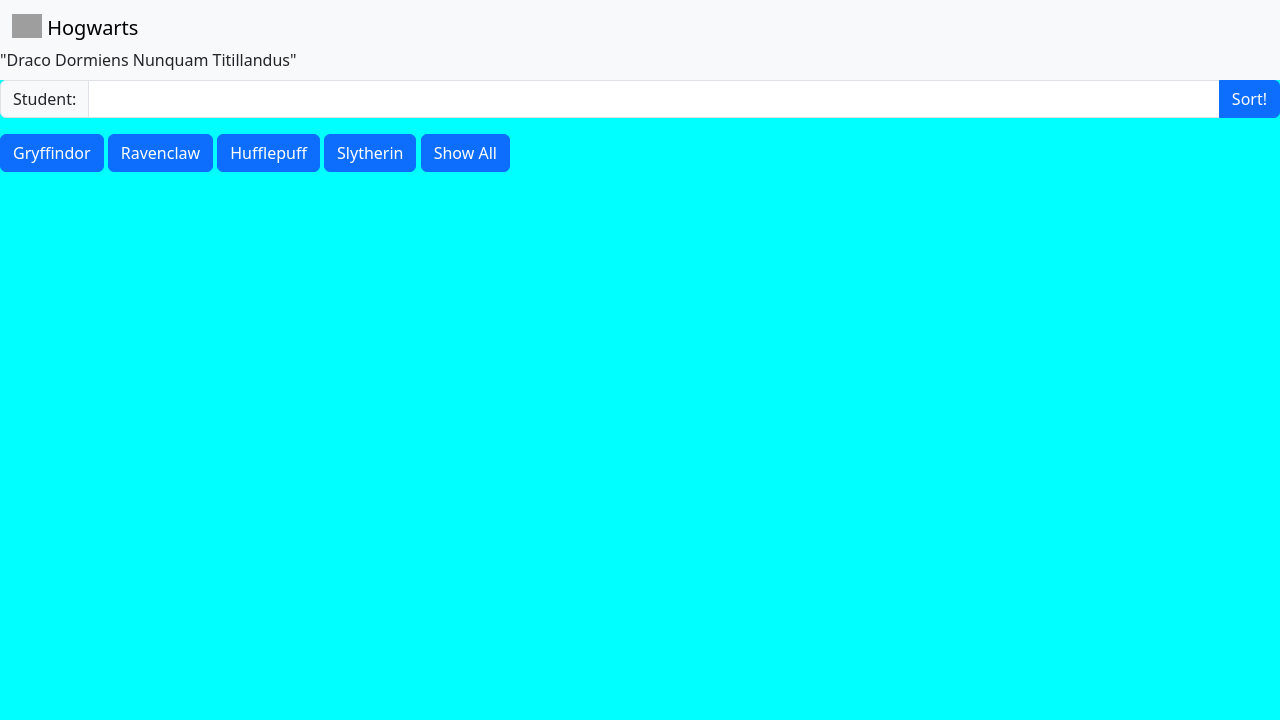
Repository: Drumstrum88/sorting-hat
Page: index.html
The author's editor kept a copy of each file at every save. The page is drawn from the files as they stood at one save, then again after the next save.
The browser window is 1280 px wide. The pictures show the whole page.
Pictures or frames that could not be fetched are drawn as grey boxes.

Above is the page before, as saved 2023-04-29 21:53:14.
Console error: SyntaxError: Unexpected identifier 'house'

After the next save:
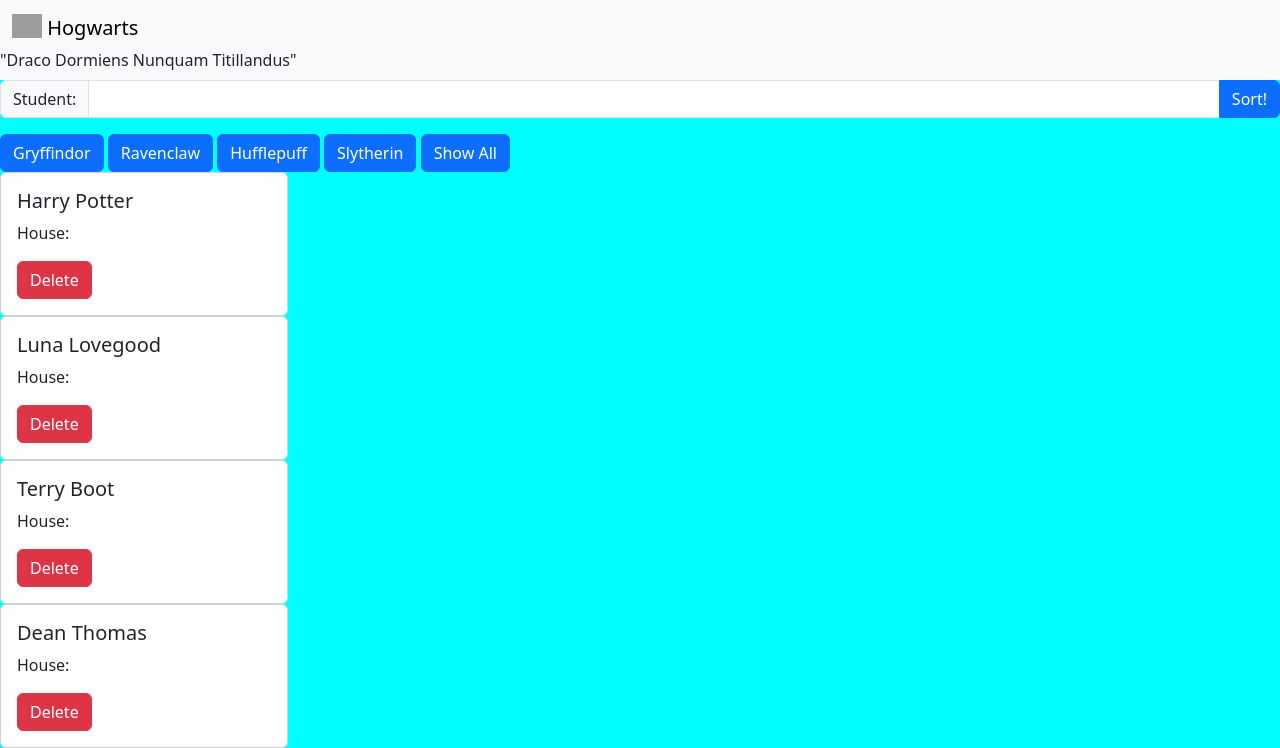
Console error: TypeError: Cannot read properties of null (reading 'addEventListener')
Saved 18 s later.
--- a/main.js
+++ b/main.js
@@ -66,7 +66,7 @@
 
     const newStudent = {
       id: students.length + 1,
-      name: document.querySelector('#addStudent').value
+      name: document.querySelector('#addStudent').value,
       house: hogwartsHouses[Math.floor(Math.random()*hogwartsHouses.legth)]
     }
 
